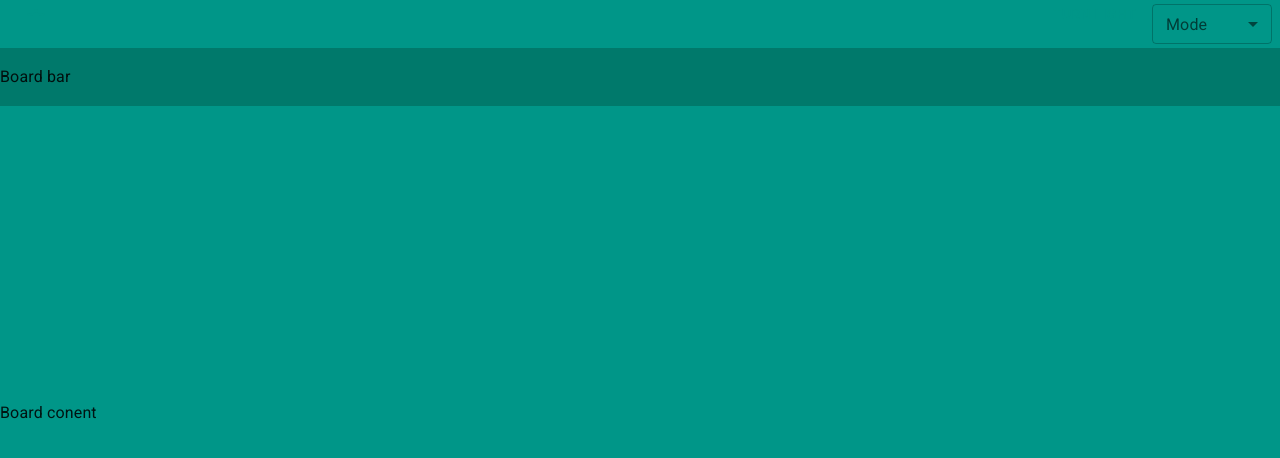
Repository: kieuduc123/trello_web
Page: /
These files come from the project's save history. The page is drawn as it stood at one moment and after the next save; the edit follows.
The browser window is 1280 px wide. The pictures show the whole page.
The project was rebuilt for these pictures with package versions that can differ from the ones it lists, and the page was loaded fresh each time. Also part of the build but not shown: vite.config.js.

Above is the page before, as saved 2024-03-15 09:49:30.

After the next save:
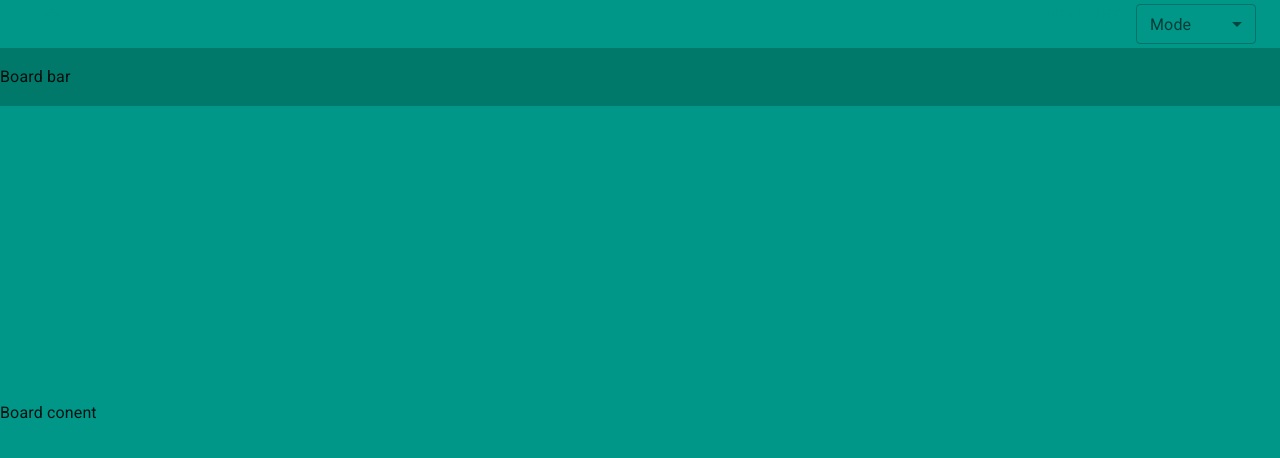
Saved 5 min 39 s later.
--- a/src/components/AppBar/index.jsx
+++ b/src/components/AppBar/index.jsx
@@ -6,7 +6,7 @@
 
 const AppBar = () => {
   return (
-    <Box sx={{
+    <Box px={2} sx={{
       width: '100%',
       height: (theme) => theme.trello.appBarHeight,
       display: 'flex',
